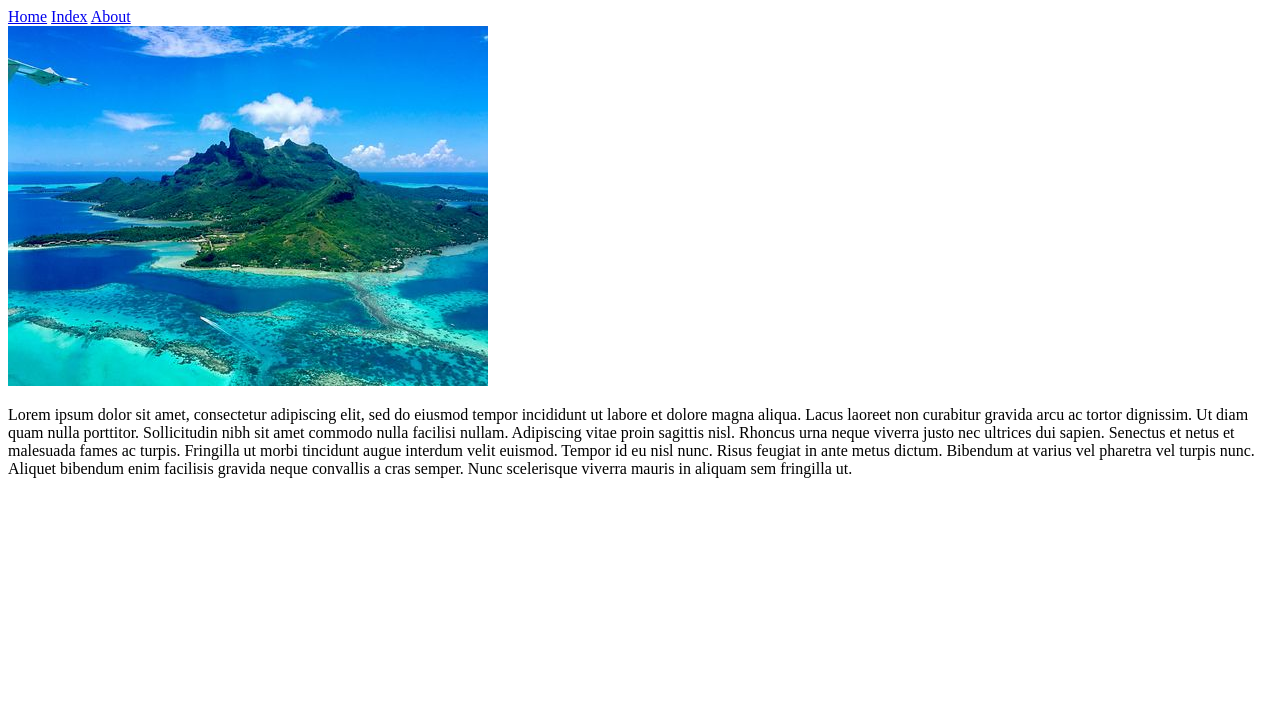
Repository: Melinda-Nanjad-Personal-Website/Personal-web
Page: about.html
An editor plug-in stored every save of this project. The page is shown before and after the next save, followed by the edit.
The browser window is 1280 px wide. The pictures show the whole page.

Above is the page before, as saved 2023-07-21 17:20:40.

### about.html
<!DOCTYPE html>
<html lang="en">
<head>
    <meta charset="UTF-8">
    <meta name="viewport" content="width=device-width, initial-scale=1.0">
    <title>Personal Website</title>
</head>
<style>
div {
background-color:aqua;
width: 450px;
border:15px skyblue;
padding: 50px;
margin: 20px;
}

<header>
    <center>
        <h1>My Personal Website</h1>
        <h2>About me</h2>
    </center>
</header> <center>


   </style>
<nav>
    <a class="active" href="/home.html">Home</a>
    <a class="active" href="/Index.html">Index</a>
    <a class="active" href="/about.html">About</a>

        </nav> </center>
<body>

 <img src="island.jpeg" href="photo of island"
 <br>

    <P>Lorem ipsum dolor sit amet, consectetur adipiscing elit, sed do eiusmod tempor incididunt ut labore et dolore magna aliqua. Lacus laoreet non curabitur gravida arcu ac tortor dignissim. Ut diam quam nulla porttitor. Sollicitudin nibh sit amet commodo nulla facilisi nullam. Adipiscing vitae proin sagittis nisl. Rhoncus urna neque viverra justo nec ultrices dui sapien. Senectus et netus et malesuada fames ac turpis. Fringilla ut morbi tincidunt augue interdum velit euismod. Tempor id eu nisl nunc. Risus feugiat in ante metus dictum. Bibendum at varius vel pharetra vel turpis nunc. Aliquet bibendum enim facilisis gravida neque convallis a cras semper. Nunc scelerisque viverra mauris in aliquam sem fringilla ut.</P>
</body>
</html>

After the next save:
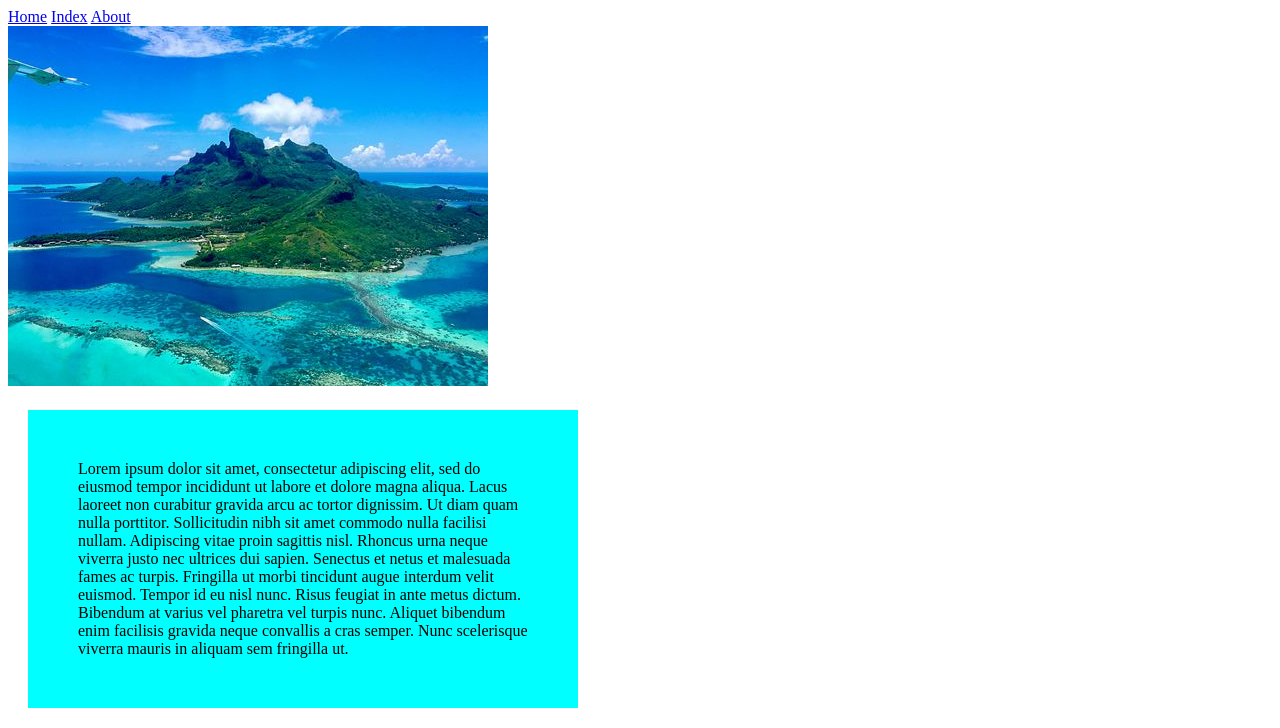
Saved 51 s later.
--- a/about.html
+++ b/about.html
@@ -34,6 +34,6 @@ margin: 20px;
  <img src="island.jpeg" href="photo of island"
  <br>
 
-    <P>Lorem ipsum dolor sit amet, consectetur adipiscing elit, sed do eiusmod tempor incididunt ut labore et dolore magna aliqua. Lacus laoreet non curabitur gravida arcu ac tortor dignissim. Ut diam quam nulla porttitor. Sollicitudin nibh sit amet commodo nulla facilisi nullam. Adipiscing vitae proin sagittis nisl. Rhoncus urna neque viverra justo nec ultrices dui sapien. Senectus et netus et malesuada fames ac turpis. Fringilla ut morbi tincidunt augue interdum velit euismod. Tempor id eu nisl nunc. Risus feugiat in ante metus dictum. Bibendum at varius vel pharetra vel turpis nunc. Aliquet bibendum enim facilisis gravida neque convallis a cras semper. Nunc scelerisque viverra mauris in aliquam sem fringilla ut.</P>
+    <div>Lorem ipsum dolor sit amet, consectetur adipiscing elit, sed do eiusmod tempor incididunt ut labore et dolore magna aliqua. Lacus laoreet non curabitur gravida arcu ac tortor dignissim. Ut diam quam nulla porttitor. Sollicitudin nibh sit amet commodo nulla facilisi nullam. Adipiscing vitae proin sagittis nisl. Rhoncus urna neque viverra justo nec ultrices dui sapien. Senectus et netus et malesuada fames ac turpis. Fringilla ut morbi tincidunt augue interdum velit euismod. Tempor id eu nisl nunc. Risus feugiat in ante metus dictum. Bibendum at varius vel pharetra vel turpis nunc. Aliquet bibendum enim facilisis gravida neque convallis a cras semper. Nunc scelerisque viverra mauris in aliquam sem fringilla ut.</div>
 </body>
 </html>
